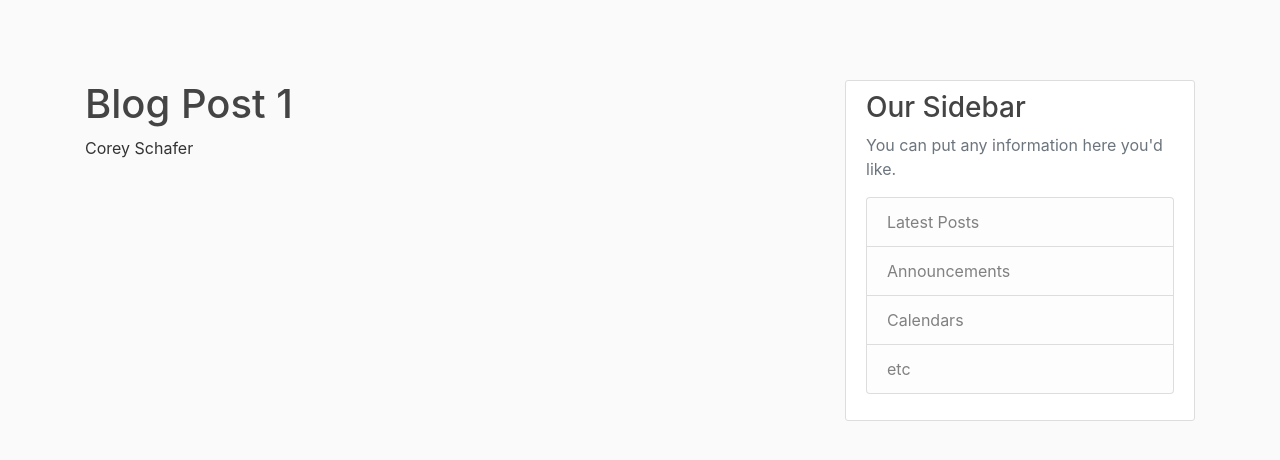
Repository: khanhdk0000/first_proj
Page: http://localhost/about?my_var=ecommerce
These files come from the project's save history. The page is drawn as it stood at one moment and after the next save; the edit follows.
The browser window is 1280 px wide. The pictures show the whole page.
Some web libraries are served in a nearby version. The page is served by the project's application, run on Flask 3 (flaskblog.py).

Above is the page before, as saved 2021-05-25 09:51:56.

### templates/about.html
{% extends "layout.html" %}
{% block content %}
        <h1>{{posts[0].title}}</h1>
        <p>{{ posts[0].author }}</p>
{% endblock content %}

### templates/layout.html
<!DOCTYPE html>
<html>
<head>
    <!-- Required meta tags -->
    <meta charset="utf-8">
    <meta name="viewport" content="width=device-width, initial-scale=1, shrink-to-fit=no">

    <!-- Bootstrap CSS -->
    <link rel="stylesheet" href="https://maxcdn.bootstrapcdn.com/bootstrap/4.0.0/css/bootstrap.min.css" integrity="sha384-Gn5384xqQ1aoWXA+058RXPxPg6fy4IWvTNh0E263XmFcJlSAwiGgFAW/dAiS6JXm" crossorigin="anonymous">

    <link rel="stylesheet" type="text/css" href="{{ url_for('static', filename='main.css') }}">

    {% if title %}
        <title>Flask Blog - {{ title }}</title>
    {% else %}
        <title>Flask Blog</title>
    {% endif %}
</head>
<body>

    <main role="main" class="container">
      <div class="row">
        <div class="col-md-8">
          {% block content %}{% endblock %}
        </div>
        <div class="col-md-4">
          <div class="content-section">
            <h3>Our Sidebar</h3>
            <p class='text-muted'>You can put any information here you'd like.
              <ul class="list-group">
                <li class="list-group-item list-group-item-light">Latest Posts</li>
                <li class="list-group-item list-group-item-light">Announcements</li>
                <li class="list-group-item list-group-item-light">Calendars</li>
                <li class="list-group-item list-group-item-light">etc</li>
              </ul>
            </p>
          </div>
        </div>
      </div>
    </main>


    <!-- Optional JavaScript -->
    <!-- jQuery first, then Popper.js, then Bootstrap JS -->
    <script src="https://code.jquery.com/jquery-3.2.1.slim.min.js" integrity="sha384-KJ3o2DKtIkvYIK3UENzmM7KCkRr/rE9/Qpg6aAZGJwFDMVNA/GpGFF93hXpG5KkN" crossorigin="anonymous"></script>
    <script src="https://cdnjs.cloudflare.com/ajax/libs/popper.js/1.12.9/umd/popper.min.js" integrity="sha384-ApNbgh9B+Y1QKtv3Rn7W3mgPxhU9K/ScQsAP7hUibX39j7fakFPskvXusvfa0b4Q" crossorigin="anonymous"></script>
    <script src="https://maxcdn.bootstrapcdn.com/bootstrap/4.0.0/js/bootstrap.min.js" integrity="sha384-JZR6Spejh4U02d8jOt6vLEHfe/JQGiRRSQQxSfFWpi1MquVdAyjUar5+76PVCmYl" crossorigin="anonymous"></script>
</body>
</html>

### flaskblog.py
from flask import Flask, render_template, url_for
app = Flask(__name__)


posts = [
    {
        'author': 'Corey Schafer',
        'title': 'Blog Post 1',
        'content': 'First post content',
        'date_posted': 'April 20, 2018'
    },
    {
        'author': 'Jane Doe',
        'title': 'Blog Post 2',
        'content': 'Second post content',
        'date_posted': 'April 21, 2018'
    }
]

@app.route('/')
@app.route('/home')
def hello_world():
    return render_template('home.html', posts=posts, title='Hey')

@app.route('/about')
def about():
    return render_template('about.html', posts=posts)

if __name__ == '__main__':
    app.run(debug=True)

### static/main.css
body {
    background: #fafafa;
    color: #333333;
    margin-top: 5rem;
  }

  h1, h2, h3, h4, h5, h6 {
    color: #444444;
  }

  .bg-steel {
    background-color: #5f788a;
  }

  .site-header .navbar-nav .nav-link {
    color: #cbd5db;
  }

  .site-header .navbar-nav .nav-link:hover {
    color: #ffffff;
  }

  .site-header .navbar-nav .nav-link.active {
    font-weight: 500;
  }

  .content-section {
    background: #ffffff;
    padding: 10px 20px;
    border: 1px solid #dddddd;
    border-radius: 3px;
    margin-bottom: 20px;
  }

  .article-title {
    color: #444444;
  }

  a.article-title:hover {
    color: #428bca;
    text-decoration: none;
  }

  .article-content {
    white-space: pre-line;
  }

  .article-img {
    height: 65px;
    width: 65px;
    margin-right: 16px;
  }

  .article-metadata {
    padding-bottom: 1px;
    margin-bottom: 4px;
    border-bottom: 1px solid #e3e3e3
  }

  .article-metadata a:hover {
    color: #333;
    text-decoration: none;
  }

  .article-svg {
    width: 25px;
    height: 25px;
    vertical-align: middle;
  }

  .account-img {
    height: 125px;
    width: 125px;
    margin-right: 20px;
    margin-bottom: 16px;
  }

  .account-heading {
    font-size: 2.5rem;
  }

After the next save:
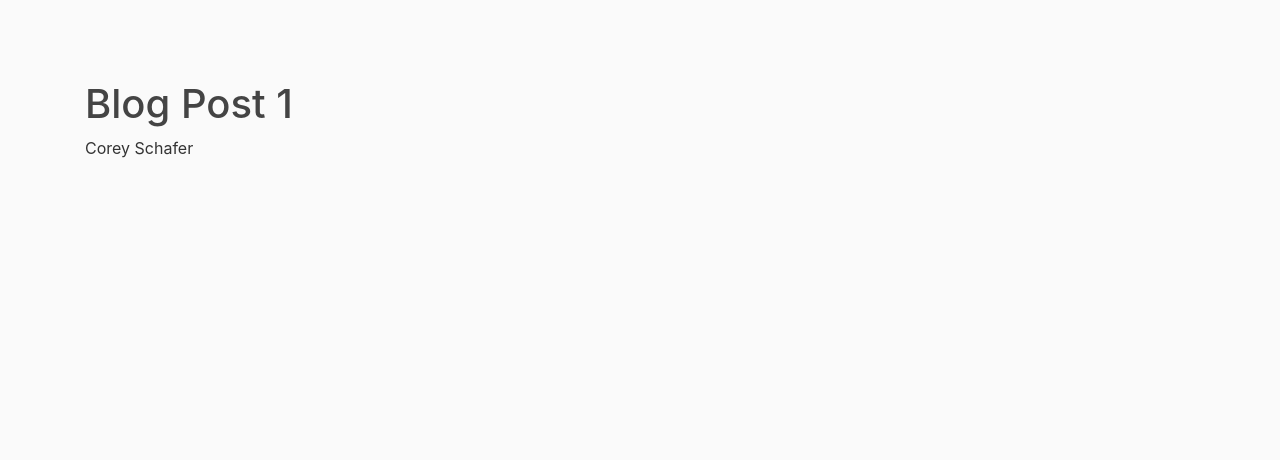
Saved 27 s later.
--- a/templates/layout.html
+++ b/templates/layout.html
@@ -23,19 +23,6 @@
         <div class="col-md-8">
           {% block content %}{% endblock %}
         </div>
-        <div class="col-md-4">
-          <div class="content-section">
-            <h3>Our Sidebar</h3>
-            <p class='text-muted'>You can put any information here you'd like.
-              <ul class="list-group">
-                <li class="list-group-item list-group-item-light">Latest Posts</li>
-                <li class="list-group-item list-group-item-light">Announcements</li>
-                <li class="list-group-item list-group-item-light">Calendars</li>
-                <li class="list-group-item list-group-item-light">etc</li>
-              </ul>
-            </p>
-          </div>
-        </div>
       </div>
     </main>
 
